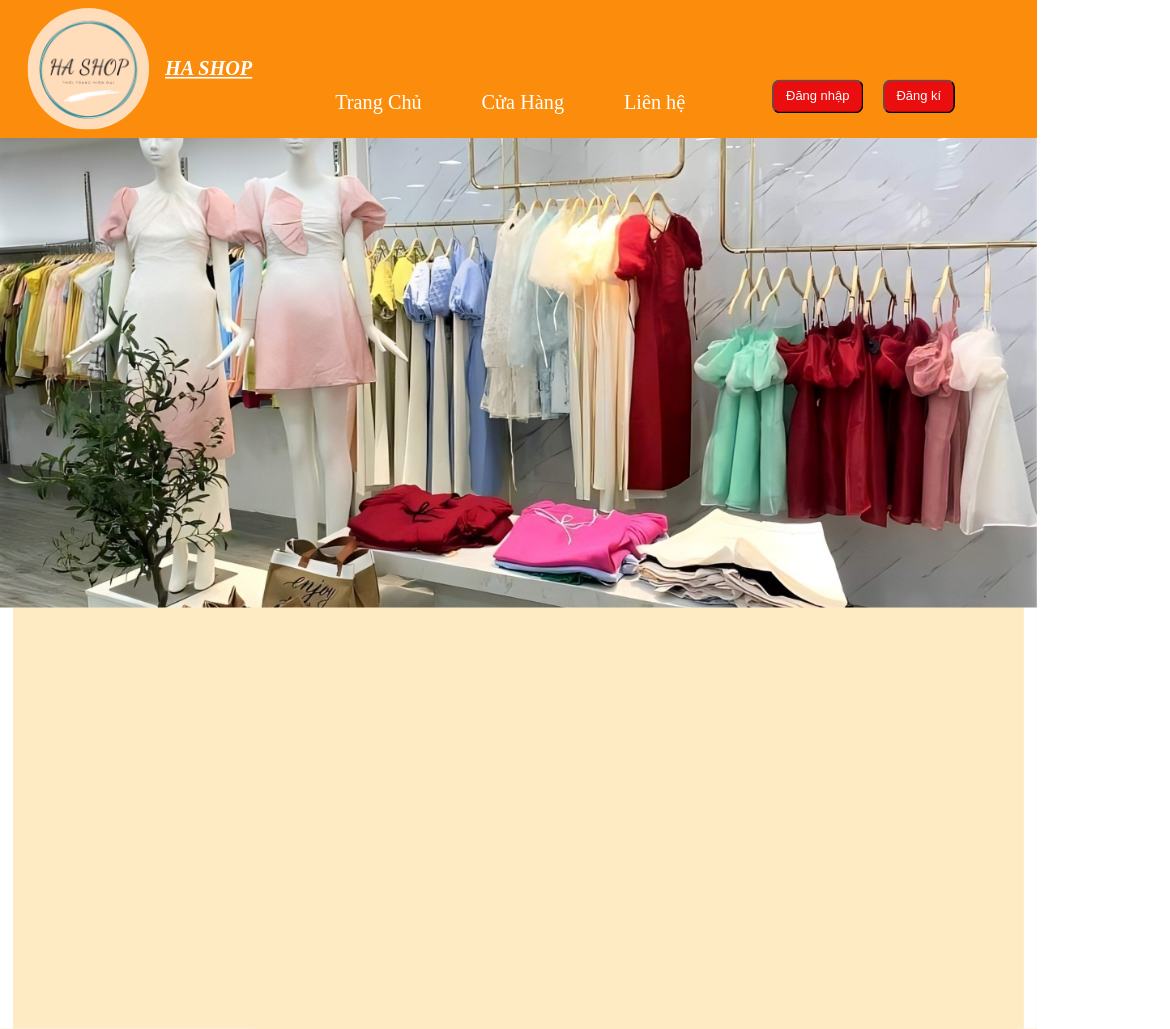
Repository: manhhieu120499/demo_page
Page: trangchu.html
The author's editor kept a copy of each file at every save. The page is drawn from the files as they stood at one save, then again after a run of saves.
The browser window is 1280 px wide. The page is 1280 px wide, then 1444 px, then 1280 px, so the pictures cover 1444 px, including what lies to the right of the window. The pictures show the whole page, at 81% of full size.

Above is the page before, as saved 2023-03-04 10:27:34.

### trangchu.html
<!DOCTYPE html>
<html lang="en">

<head>
    <meta charset="UTF-8" />
    <meta http-equiv="X-UA-Compatible" content="IE=edge" />
    <meta name="viewport" content="width=device-width, initial-scale=1.0" />
    <title>Document</title>
    <link rel="stylesheet" href="./style_trangchu.css">
</head>

<body>
    <div class="wrap">
        <div class="header">
            <div class="left-header">
                <img src="./Thời trang hiện dại.png" alt="logo_shop" class="picture"/>
                <h2 class="shop_name">HA SHOP</h2>
            </div>

            <div class="right-header">
                <div class="link">
                    <a href="#">Trang Chủ</a>
                    <a href="#">Cửa Hàng</a>
                    <a href="#">Liên hệ</a>
                </div>
                 <div class="btn">
                     <button>Đăng nhập</button>
                     <button>Đăng kí</button>
                 </div>
            </div>
            <div class="clear"></div>
        </div>

        <div class="slide_bar">
            <img src="./slide.jpg" alt="slide_picture">
        </div>

        <div class="album">
            <div class="album_one">
                <div class="left_picture">

                </div>
                <div class="right_description">

                </div>
            </div>
        </div>

</body>

</html>

### style_trangchu.css
* {
    margin: 0;
    box-sizing: border-box;
}


.header {
    background-color: #FC8D0C;
    display: flex;
    justify-content: space-around;
    position: fixed;
    width: 100%;
    top: 0;
    left: 0;
    padding: 10px 0;
}

.left-header {
    display: flex;
    align-items: center;
    gap: 20px;
}

.left-header .picture {
    width: 150px;
    height: 150px;
    border-radius: 50%;
}

.left-header .shop_name {
    color: white;
    font-size: 25px;
    text-decoration: underline;
    font-style: italic;
}

.right-header .link > a {
    color: white;
    text-decoration: none;
    font-size: 25px;
    padding: 10px 35px;
}

.right-header {
    width: 800px;
    display: flex;
    align-items: flex-end;
    margin-bottom: 20px;
    justify-content: space-between;
}

.right-header .btn > button {
    background-color: #EA0E0E;
    padding: 10px 15px;
    border-radius: 10px;
    margin-left: 20px;
    font-size: 16px;
    color: white;
}

.clear {
    padding-top: 150px;
}

/* slide bar*/
.slide_bar {
    margin-top: 150px;
    height: 400px;
}
.slide_bar > img{
    width: 100%;
    object-fit: cover;
    height: 600px;
    display: block;
}

/*album bo suu tap*/
.album {
    margin-top: 20px;
    width: calc(100% - 32px);
    margin-left: 16px;
    height: 700px;
    background-color: #FEEAC3;
}

After the next 3 saves:
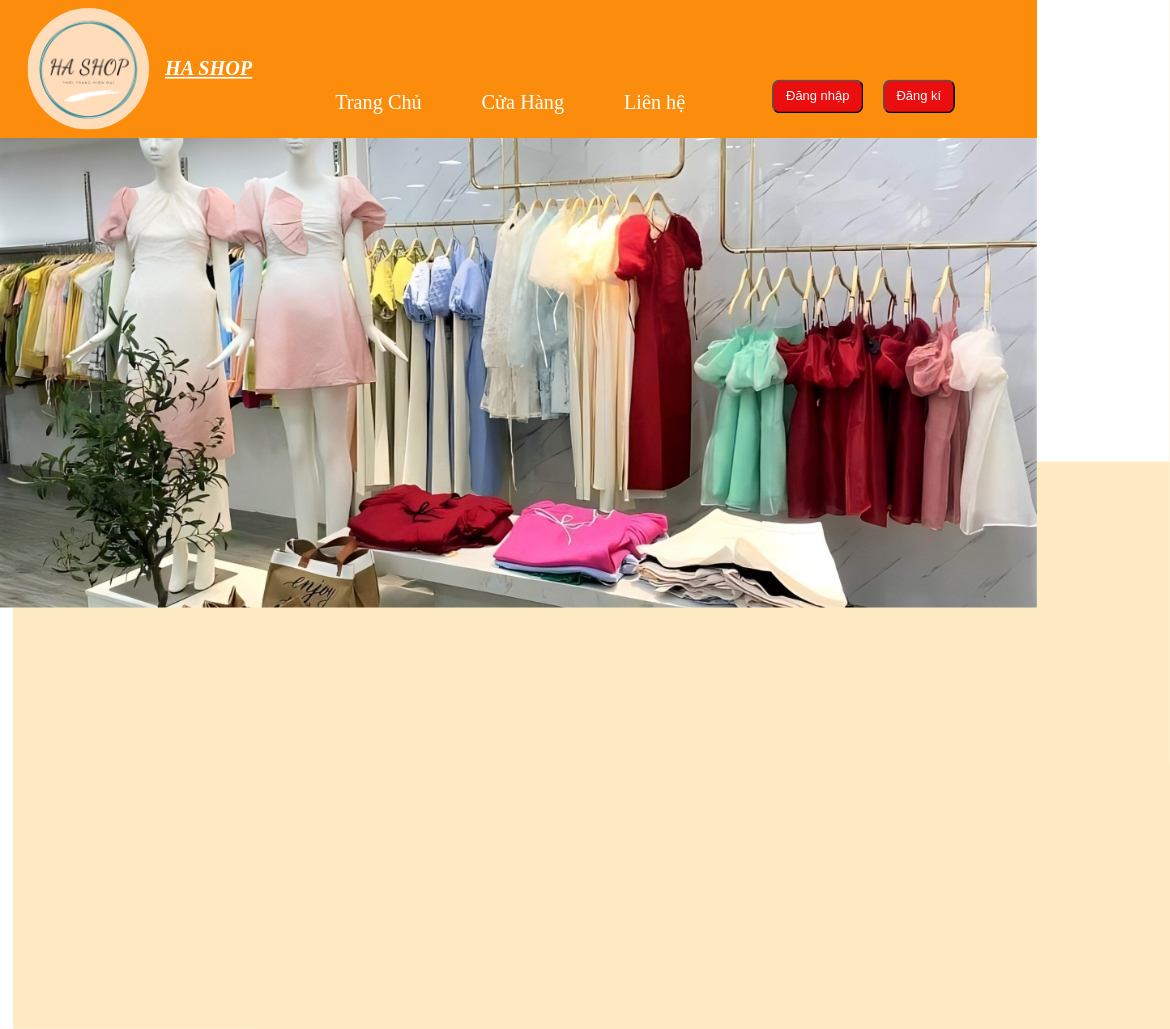
The 3 saves are shown as one change because they came seconds apart.
The last was saved 2 min 1 s later.
--- a/style_trangchu.css
+++ b/style_trangchu.css
@@ -77,7 +77,7 @@
 /*album bo suu tap*/
 .album {
     margin-top: 20px;
-    width: calc(100% - 32px);
+    width: 1428px;
     margin-left: 16px;
     height: 700px;
     background-color: #FEEAC3;

After the save that followed:
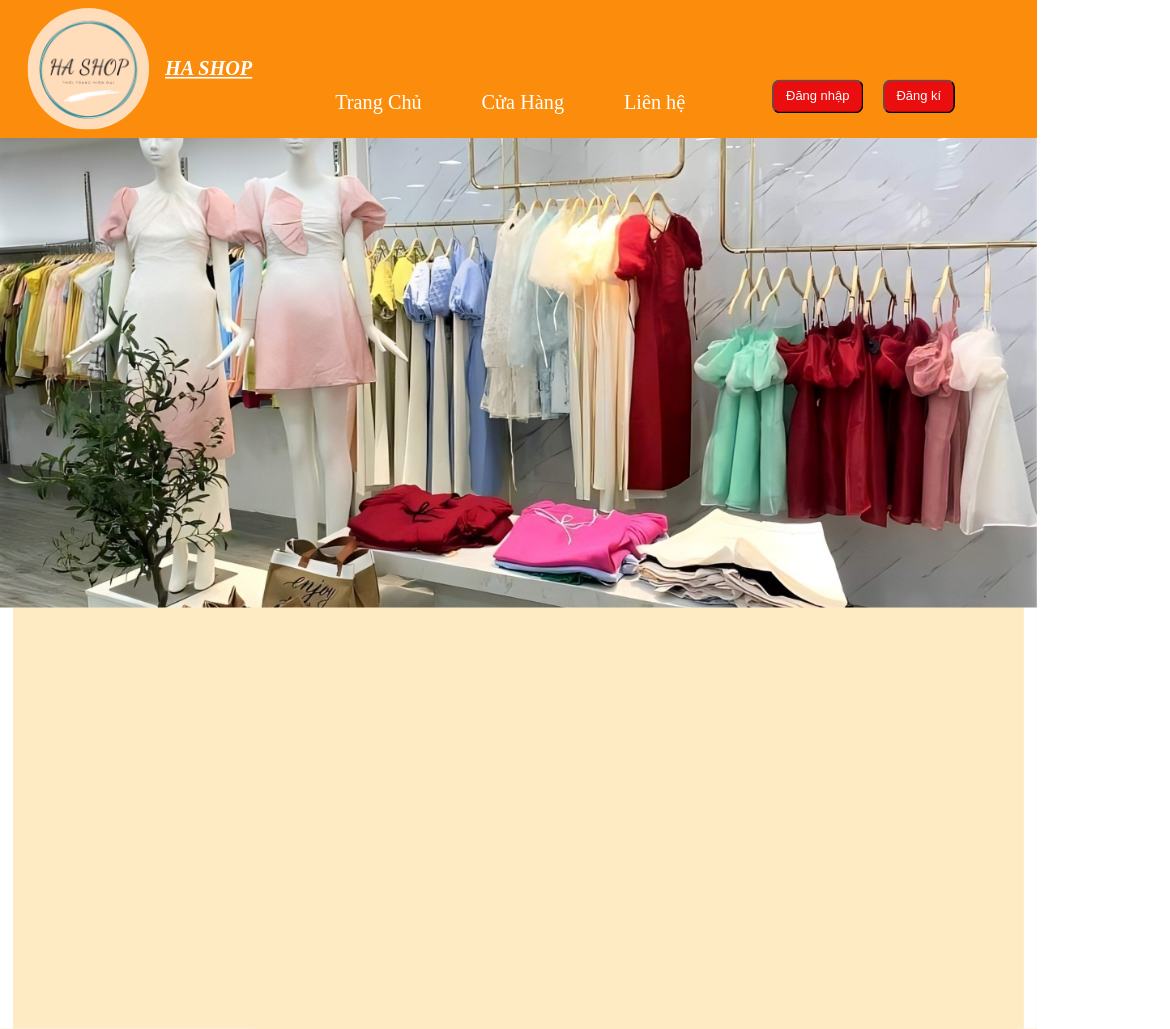
Saved 34 s later.
--- a/style_trangchu.css
+++ b/style_trangchu.css
@@ -77,7 +77,7 @@
 /*album bo suu tap*/
 .album {
     margin-top: 20px;
-    width: 1428px;
+    width: calc(100% - 32px);
     margin-left: 16px;
     height: 700px;
     background-color: #FEEAC3;
